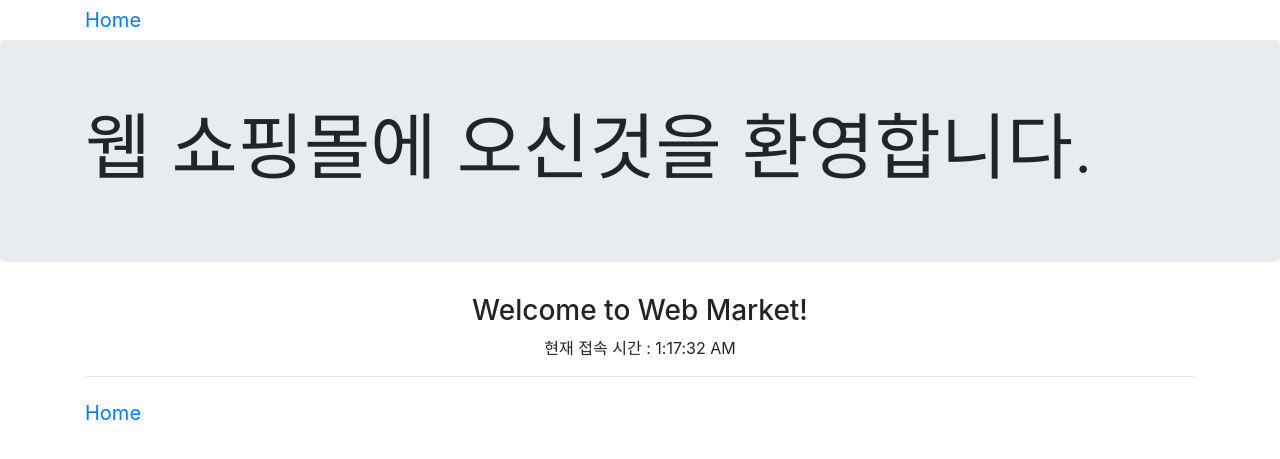
Repository: ckd0523/JSPWORK
Page: http://localhost/WebMarket/Welcome.jsp
These files come from the project's save history. The page is drawn as it stood at one moment and after the next save; the edit follows.
The browser window is 1280 px wide. The pictures show the whole page.
The page is served by Tomcat 9. Nobody is signed in. The application's start-up code is not run.

Above is the page before, as saved 2024-02-19 08:03:59.

After the next save:
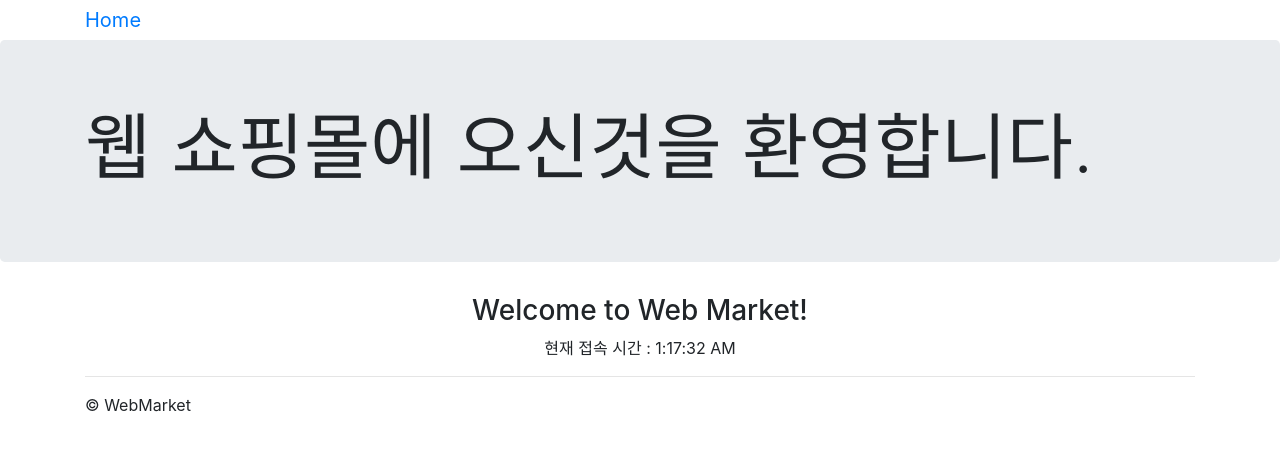
Saved 30 s later.
--- a/WebMarket/src/main/webapp/Welcome.jsp
+++ b/WebMarket/src/main/webapp/Welcome.jsp
@@ -45,6 +45,6 @@
 	</div>
 	</main>
 
-	<%@ include file = "menu.jsp" %>
+	<%@ include file = "footer.jsp" %>
 </body>
 </html>
